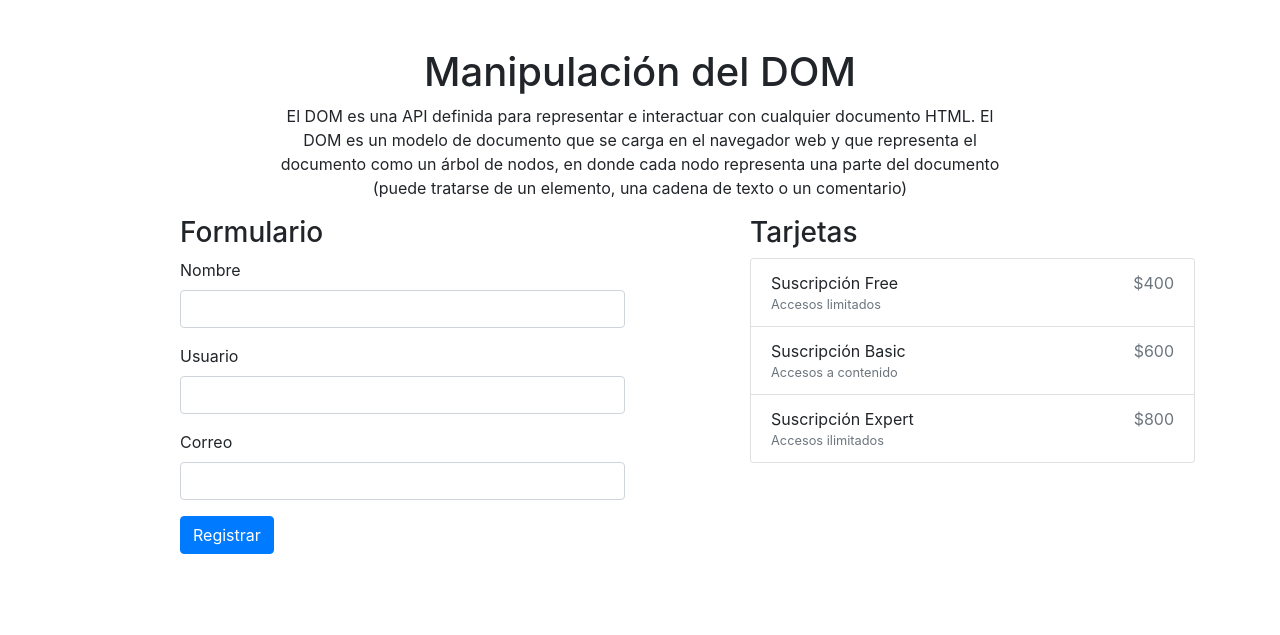
Repository: pedro-donoso/manipulacion-dom
Page: index.html
These files come from the project's save history. The page is drawn as it stood at one moment and after a run of saves; the edit follows.
The browser window is 1280 px wide. The pictures show the whole page.

Above is the page before, as saved 2024-02-05 22:24:38.

### index.html
<!doctype html>
<html lang="es">

<head>
    <!-- Required meta tags -->
    <meta charset="utf-8">
    <meta name="viewport" content="width=device-width, initial-scale=1, shrink-to-fit=no">

    <!-- Bootstrap CSS -->
    <link rel="stylesheet" href="https://cdn.jsdelivr.net/npm/bootstrap@4.3.1/dist/css/bootstrap.min.css"
        integrity="sha384-ggOyR0iXCbMQv3Xipma34MD+dH/1fQ784/j6cY/iJTQUOhcWr7x9JvoRxT2MZw1T" crossorigin="anonymous">

    <title>Manipulación del DOM</title>
</head>

<body>

    <main class="container">
        <!-- 1- AGREGO CLASE container PARA MANIPULAR ESTE PÁRRAFO -->
        <div class="row mt-5 text-center" id="contenedor">
            <div class="col-12 col-md-8 offset-md-2">
                <h1>Manipulación del DOM</h1>
                <p>
                    El DOM es una API definida para representar e interactuar con cualquier documento HTML. El DOM es un modelo de documento que se carga en el navegador web y que representa el documento como un árbol de nodos, en donde cada nodo representa una parte del documento (puede tratarse de un elemento, una cadena de texto o un comentario)
                </p>
            </div>
        </div>
        <div class="row">
            <div class="col-12 col-md-5 offset-md-1">
                <h3>Formulario</h3>
                <form>
                    <label>Nombre</label>
                    <input type="text" class="form-control mb-3">
                    <label>Usuario</label>
                    <input type="text" class="form-control mb-3">
                    <label>Correo</label>
                    <input type="email" class="form-control mb-3">
                    <div>
                        <button class="btn btn-primary mb-3">Registrar</button>
                    </div>
                </form>
            </div>
            <div class="col-12 col-md-5 offset-md-1">
                <h3>Tarjetas</h3>
                <div class="card">
                    <ul class="list-group list-group-flush">
                        <li class="list-group-item d-flex justify-content-between">
                            <div class="d-flex flex-column">
                                <span>Suscripción Free</span>
                                <small class="text-muted">Accesos limitados</small>
                            </div>
                            <div>
                                <span class="text-muted">$400</span>
                            </div>
                        </li>
                        <li class="list-group-item d-flex justify-content-between">
                            <div class="d-flex flex-column">
                                <span>Suscripción Basic</span>
                                <small class="text-muted">Accesos a contenido</small>
                            </div>
                            <div>
                                <span class="text-muted">$600</span>
                            </div>
                        </li>
                        <li class="list-group-item d-flex justify-content-between">
                            <div class="d-flex flex-column">
                                <span>Suscripción Expert</span>
                                <small class="text-muted">Accesos ilimitados</small>
                            </div>
                            <div>
                                <span class="text-muted">$800</span>
                            </div>
                        </li>
                    </ul>
                </div>
            </div>
        </div>
    </main>

    <!-- Optional JavaScript -->
    <!-- jQuery first, then Popper.js, then Bootstrap JS -->
    <script src="https://code.jquery.com/jquery-3.3.1.slim.min.js"
        integrity="sha384-q8i/X+965DzO0rT7abK41JStQIAqVgRVzpbzo5smXKp4YfRvH+8abtTE1Pi6jizo"
        crossorigin="anonymous"></script>
    <script src="https://cdn.jsdelivr.net/npm/popper.js@1.14.7/dist/umd/popper.min.js"
        integrity="sha384-UO2eT0CpHqdSJQ6hJty5KVphtPhzWj9WO1clHTMGa3JDZwrnQq4sF86dIHNDz0W1"
        crossorigin="anonymous"></script>
    <script src="https://cdn.jsdelivr.net/npm/bootstrap@4.3.1/dist/js/bootstrap.min.js"
        integrity="sha384-JjSmVgyd0p3pXB1rRibZUAYoIIy6OrQ6VrjIEaFf/nJGzIxFDsf4x0xIM+B07jRM"
        crossorigin="anonymous"></script>

        <script src="./app.js"></script>
</body>

</html>

### app.js
// 2- CREO VARIABLE PARA MANIPULAR HTML
let contenedor = document.querySelector("#contenedor");

// 3- CREAR ELEMENTO SUBTITULO Y LE AGREGO PROPIEDADES
let subtitulo = document.createElement("h3");
subtitulo.innerText = "Árbol de nodos";

// 4- OBTENER EL CUERPO DEL DOCUMENTO
let body = document.body;

// 5- AGREGAR EL NUEVO ELEMENTO AL CUERPO DEL DOCUMENTO

After the next 6 saves:
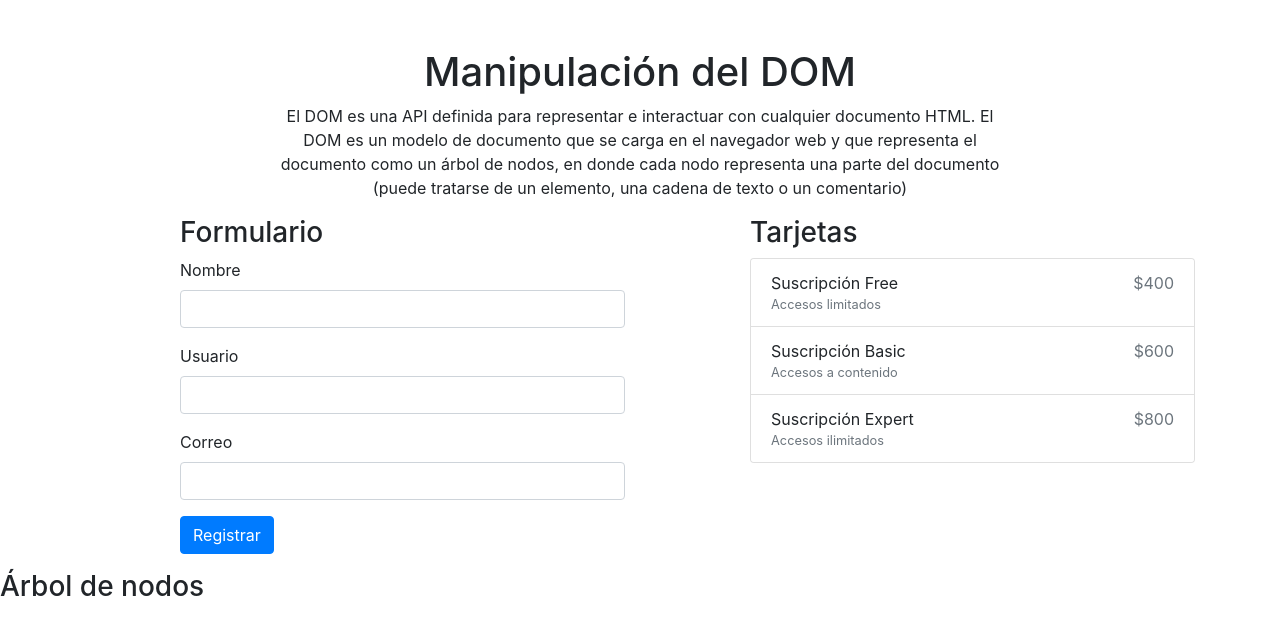
The 6 saves are shown as one change because they came seconds apart.
The last was saved 16 s later.
--- a/app.js
+++ b/app.js
@@ -9,3 +9,4 @@ subtitulo.innerText = "Árbol de nodos";
 let body = document.body;
 
 // 5- AGREGAR EL NUEVO ELEMENTO AL CUERPO DEL DOCUMENTO
+body.appendChild(subtitulo)
